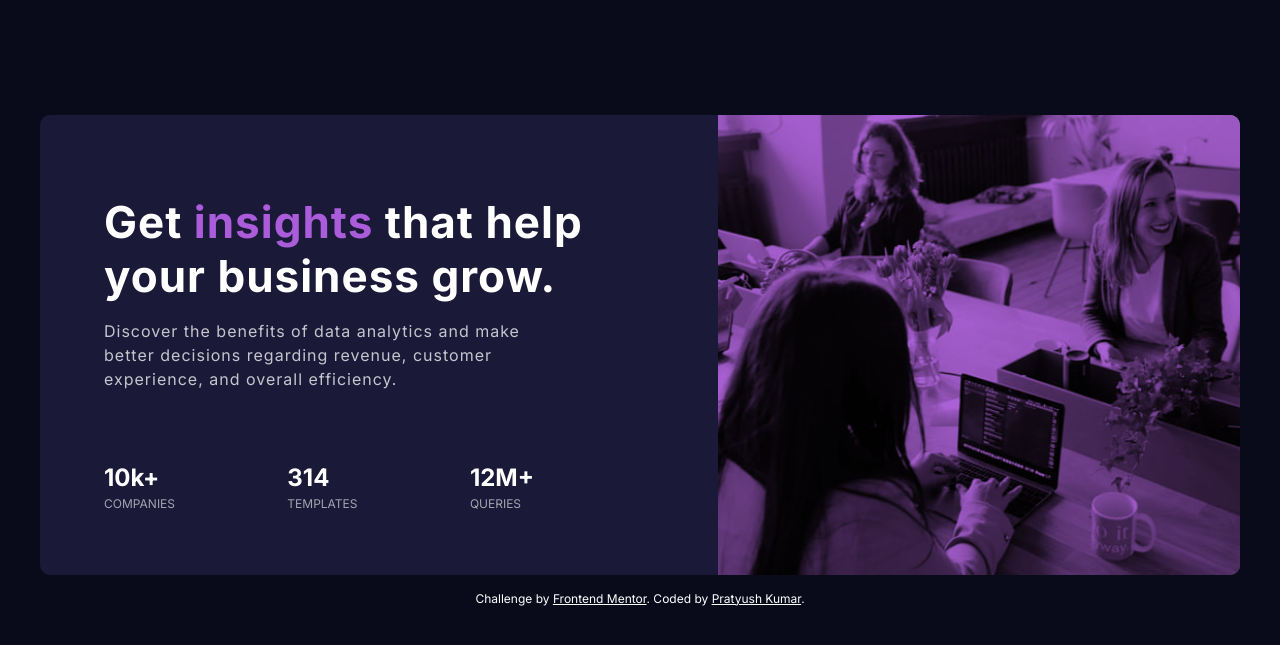
Repository: PratypartyY2K/frontendmentor-challenges
Page: stats-preview-card-component-main/index.html
An editor plug-in stored every save of this project. The page is shown before and after the next save, followed by the edit.
The browser window is 1280 px wide. The pictures show the whole page.

Above is the page before, as saved 2021-07-14 01:22:37.

After the next save:
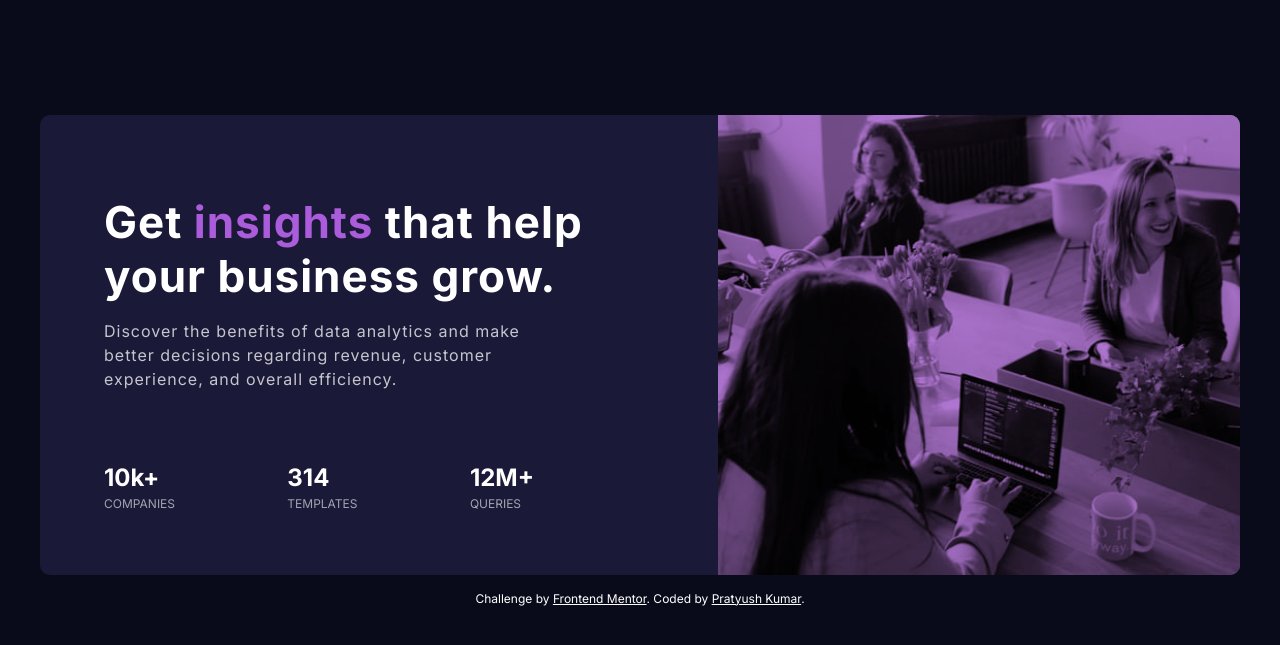
Saved 2 min 14 s later.
--- a/stats-preview-card-component-main/style.css
+++ b/stats-preview-card-component-main/style.css
@@ -83,7 +83,7 @@ h3 {
 }
 
 .overlay {
-    background-color: hsl(278, 59%, 61%);
+    background-color: hsl(278, 50%, 64%);
     height: 100%;
     mix-blend-mode:multiply;
 }
